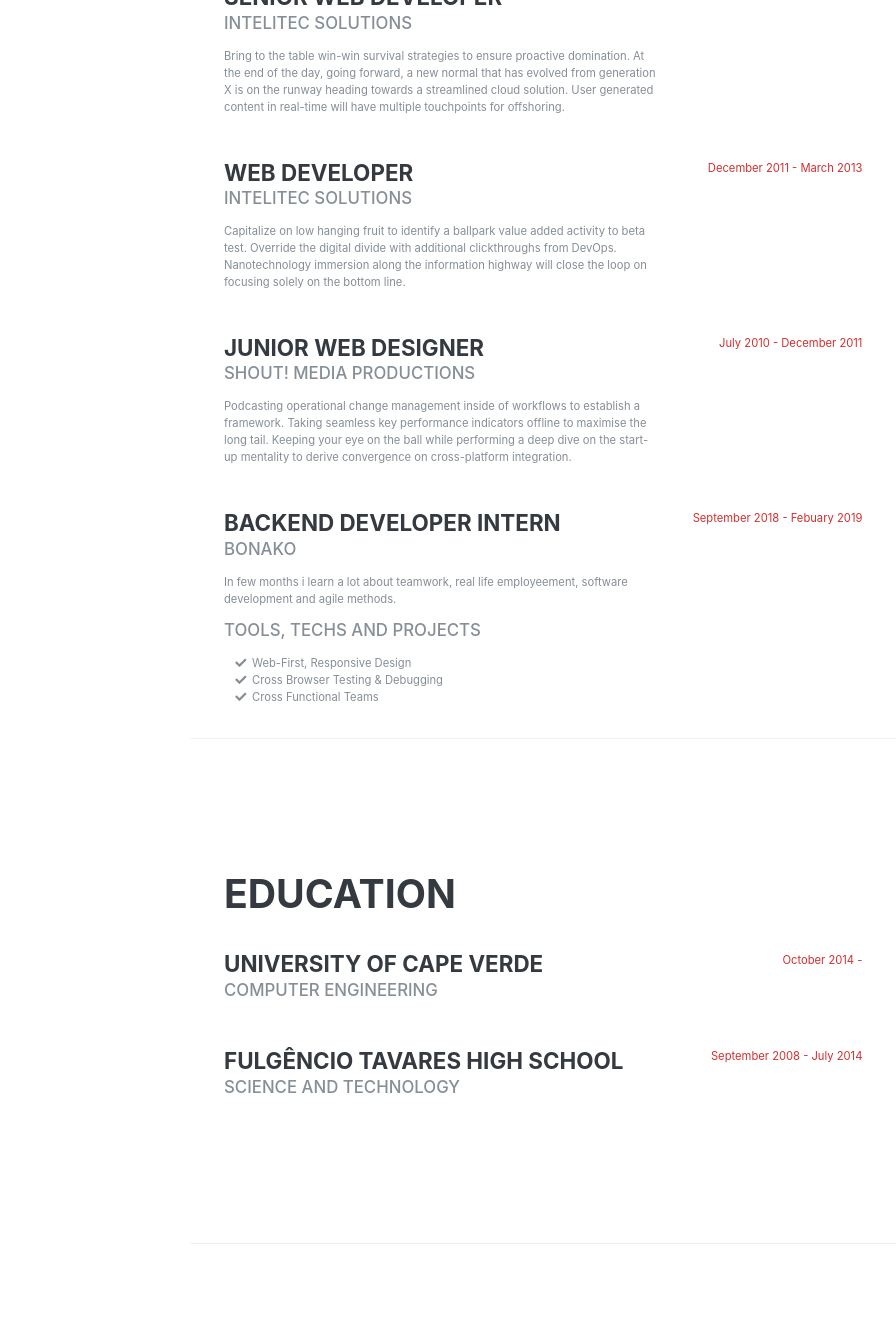
Repository: kcfurtado/kcfurtado.github.io
Page: index.html
The author's editor kept a copy of each file at every save. The page is drawn from the files as they stood at one save, then again after the next save.
The browser window is 1280 px wide. The pictures show the part of the page from y = 907 to 2827 px (the page is 4126 px tall), at 70% of full size.
Some web fonts or font styles are not loaded; a fallback is used.

Above is the page before, as saved 2020-04-04 10:51:05.

### index.html
<!DOCTYPE html>
<html lang="en">

<head>

  <meta charset="utf-8">
  <meta name="viewport" content="width=device-width, initial-scale=1, shrink-to-fit=no">
  <meta name="description" content="">
  <meta name="author" content="">

  <title>Kelton Furtado - Portfolio</title>

  <!-- Bootstrap core CSS -->
  <link href="vendor/bootstrap/css/bootstrap.min.css" rel="stylesheet">

  <!-- Custom fonts for this template -->
  <link href="https://fonts.googleapis.com/css?family=Saira+Extra+Condensed:500,700" rel="stylesheet">
  <link href="https://fonts.googleapis.com/css?family=Muli:400,400i,800,800i" rel="stylesheet">
  <link href="vendor/fontawesome-free/css/all.min.css" rel="stylesheet">

  <!-- Custom styles for this template -->
  <link href="css/resume.min.css" rel="stylesheet">

</head>

<body id="page-top">

  <nav class="navbar navbar-expand-lg navbar-dark bg-primary fixed-top" id="sideNav">
    <a class="navbar-brand js-scroll-trigger" href="#page-top">
      <span class="d-block d-lg-none">Kelton Furtado</span>
      <span class="d-none d-lg-block">
        <img class="img-fluid img-profile rounded-circle mx-auto mb-2" src="img/profile.png" alt="">
      </span>
    </a>
    <button class="navbar-toggler" type="button" data-toggle="collapse" data-target="#navbarSupportedContent" aria-controls="navbarSupportedContent" aria-expanded="false" aria-label="Toggle navigation">
      <span class="navbar-toggler-icon"></span>
    </button>
    <div class="collapse navbar-collapse" id="navbarSupportedContent">
      <ul class="navbar-nav">
        <li class="nav-item">
          <a class="nav-link js-scroll-trigger" href="#about">About</a>
        </li>
        <li class="nav-item">
          <a class="nav-link js-scroll-trigger" href="#experience">Experience</a>
        </li>
        <li class="nav-item">
          <a class="nav-link js-scroll-trigger" href="#education">Education</a>
        </li>
        <li class="nav-item">
          <a class="nav-link js-scroll-trigger" href="#skills">Skills</a>
        </li>
        <li class="nav-item">
          <a class="nav-link js-scroll-trigger" href="#interests">Interests</a>
        </li>
        <!-- <li class="nav-item">
          <a class="nav-link js-scroll-trigger" href="#awards">Awards</a>
        </li> -->
      </ul>
    </div>
  </nav>

  <div class="container-fluid p-0">

    <section class="resume-section p-3 p-lg-5 d-flex align-items-center" id="about">
      <div class="w-100">
        <h1 class="mb-0">Kelton
          <span class="text-primary">Furtado</span>
        </h1>
        <div class="subheading mb-5">Praia · Santiago · Cape Verde (+238) 599 52 45
          <a target="_blank" href="mailto:kelfurtado28@hotmail.com">kelfurtado28@hotmail.com</a>
        </div>
        <p class="lead mb-5">Im a Cape Verdean young programmer and computer , computer networks, computer security, linux and astronomy enthusiast. I am open to new experiences and challenges to improve as a professional and as a human being.</p>
        <div class="social-icons">
          <a target="_blank" href="https://linkedin.com/in/kelton-furtado">
            <i class="fab fa-linkedin-in"></i>
          </a>
          <a target="_blank" href="https://github.com/kcfurtado/">
            <i class="fab fa-github"></i>
          </a>
          <!--<a href="#">
            <i class="fab fa-twitter"></i>
          </a>-->
          <a target="_blank" href="https://www.facebook.com/kcafurtado">
            <i class="fab fa-facebook-f"></i>
          </a>
        </div>
      </div>
    </section>

    <hr class="m-0">

    <section class="resume-section p-3 p-lg-5 d-flex justify-content-center" id="experience">
      <div class="w-100">
        <h2 class="mb-5">Experience</h2>

        <div class="resume-item d-flex flex-column flex-md-row justify-content-between mb-5">
          <div class="resume-content">
            <h3 class="mb-0">Senior Web Developer</h3>
            <div class="subheading mb-3">Intelitec Solutions</div>
            <p>Bring to the table win-win survival strategies to ensure proactive domination. At the end of the day, going forward, a new normal that has evolved from generation X is on the runway heading towards a streamlined cloud solution. User generated content in real-time will have multiple touchpoints for offshoring.</p>
          </div>
          <div class="resume-date text-md-right">
            <span class="text-primary">March 2013 - Present</span>
          </div>
        </div>

        <div class="resume-item d-flex flex-column flex-md-row justify-content-between mb-5">
          <div class="resume-content">
            <h3 class="mb-0">Web Developer</h3>
            <div class="subheading mb-3">Intelitec Solutions</div>
            <p>Capitalize on low hanging fruit to identify a ballpark value added activity to beta test. Override the digital divide with additional clickthroughs from DevOps. Nanotechnology immersion along the information highway will close the loop on focusing solely on the bottom line.</p>
          </div>
          <div class="resume-date text-md-right">
            <span class="text-primary">December 2011 - March 2013</span>
          </div>
        </div>

        <div class="resume-item d-flex flex-column flex-md-row justify-content-between mb-5">
          <div class="resume-content">
            <h3 class="mb-0">Junior Web Designer</h3>
            <div class="subheading mb-3">Shout! Media Productions</div>
            <p>Podcasting operational change management inside of workflows to establish a framework. Taking seamless key performance indicators offline to maximise the long tail. Keeping your eye on the ball while performing a deep dive on the start-up mentality to derive convergence on cross-platform integration.</p>
          </div>
          <div class="resume-date text-md-right">
            <span class="text-primary">July 2010 - December 2011</span>
          </div>
        </div>

        <div class="resume-item d-flex flex-column flex-md-row justify-content-between">
          <div class="resume-content">
            <h3 class="mb-0">Backend Developer Intern</h3>
            <div class="subheading mb-3">Bonako</div>
            <p> In few months i learn a lot about teamwork, real life employeement, software development and agile methods.</p>
            <div class="subheading mb-3">Tools, Techs and projects</div>
            <ul class="fa-ul mb-0">
              <li>
                <i class="fa-li fa fa-check"></i>
                Web-First, Responsive Design</li>
              <li>
                <i class="fa-li fa fa-check"></i>
                Cross Browser Testing &amp; Debugging</li>
              <li>
                <i class="fa-li fa fa-check"></i>
                Cross Functional Teams</li>
              <!--<li>
                <i class="fa-li fa fa-check"></i>
                Agile Development &amp; Scrum</li>-->
            </ul>
          </div>
          <div class="resume-date text-md-right">
            <span class="text-primary">September 2018 - Febuary 2019</span>
          </div>
        </div>

      </div>

    </section>

    <hr class="m-0">

    <section class="resume-section p-3 p-lg-5 d-flex align-items-center" id="education">
      <div class="w-100">
        <h2 class="mb-5">Education</h2>

        <div class="resume-item d-flex flex-column flex-md-row justify-content-between mb-5">
          <div class="resume-content">
            <h3 class="mb-0">University of Cape Verde</h3>
            <div class="subheading mb-3">Computer Engineering</div>
            <div></div>
            <p></p>
          </div>
          <div class="resume-date text-md-right">
            <span class="text-primary">October 2014 - </span>
          </div>
        </div>

        <div class="resume-item d-flex flex-column flex-md-row justify-content-between">
          <div class="resume-content">
            <h3 class="mb-0">Fulgêncio Tavares High School</h3>
            <div class="subheading mb-3">Science and Technology</div>
            <p></p>
          </div>
          <div class="resume-date text-md-right">
            <span class="text-primary">September 2008 - July 2014</span>
          </div>
        </div>

      </div>
    </section>

    <hr class="m-0">

    <section class="resume-section p-3 p-lg-5 d-flex align-items-center" id="skills">
      <div class="w-100">
        <h2 class="mb-5">Skills</h2>

        <div class="subheading mb-3">Programming Languages &amp; Tools</div>
        <ul class="list-inline dev-icons">
          <li class="list-inline-item">
            <i class="fab fa-html5"></i>
          </li>
          <li class="list-inline-item">
            <i class="fab fa-css3-alt"></i>
          </li>
          <li class="list-inline-item">
            <i class="fab fa-js-square"></i>
          </li>
          <li class="list-inline-item">
            <i class="fab fa-php"></i>
          </li>
          <li class="list-inline-item">
            <i class="fab fa-laravel"></i>
          </li>
          <li class="list-inline-item">
            <i class="fab fa-yarn"></i>
          </li>
          <li class="list-inline-item">
            <i class="fab fa-node-js"></i>
          </li>
          <li class="list-inline-item">
            <i class="fab fa-bootstrap"></i>
          </li>
          <li class="list-inline-item">
            <i class="fab fa-wordpress"></i>
          </li>
          <li class="list-inline-item">
            <i class="fab fa-yarn"></i>
          </li>
          <li class="list-inline-item">
            <i class="fab fa-git"></i>
          </li>
          <li class="list-inline-item">
            <i class="fab fa-github"></i>
          </li>
          <li class="list-inline-item">
            <i class="fab fa-gitlab"></i>
          </li>
          <li class="list-inline-item">
            <i class="fab fa-bitbucket"></i>
          </li>
          <li class="list-inline-item">
            <i class="fab fa-npm"></i>
          </li>
          <li class="list-inline-item">
            <i class="fab fa-linux"></i>
          </li>
        </ul>

        <div class="subheading mb-3">Workflow</div>
        <ul class="fa-ul mb-0">
          <li>
            <i class="fa-li fa fa-check"></i>
            Web-First, Responsive Design</li>
          <li>
            <i class="fa-li fa fa-check"></i>
            Cross Browser Testing &amp; Debugging</li>
          <li>
            <i class="fa-li fa fa-check"></i>
            Cross Functional Teams</li>
          <!--<li>
            <i class="fa-li fa fa-check"></i>
            Agile Development &amp; Scrum</li>-->
        </ul>
      </div>
    </section>

    <hr class="m-0">

    <section class="resume-section p-3 p-lg-5 d-flex align-items-center" id="interests">
      <div class="w-100">
        <h2 class="mb-5">Interests</h2>
        <p>Apart from being a web developer, I enjoy most of my time being outdoors. In the winter, I am an avid skier and novice ice climber. During the warmer months here in Colorado, I enjoy mountain biking, free climbing, and kayaking.</p>
        <p class="mb-0">When forced indoors, I follow a number of sci-fi and fantasy genre movies and television shows, I am an aspiring chef, and I spend a large amount of my free time exploring the latest technology advancements in the front-end web development world.</p>
      </div>
    </section>

    <hr class="m-0">

    <!--<section class="resume-section p-3 p-lg-5 d-flex align-items-center" id="awards">
      <div class="w-100">
        <h2 class="mb-5">Awards &amp; Certifications</h2>
        <ul class="fa-ul mb-0">
          <li>
            <i class="fa-li fa fa-trophy text-warning"></i>
            Google Analytics Certified Developer</li>
          <li>
            <i class="fa-li fa fa-trophy text-warning"></i>
            Mobile Web Specialist - Google Certification</li>
          <li>
            <i class="fa-li fa fa-trophy text-warning"></i>
            1<sup>st</sup>
            Place - University of Colorado Boulder - Emerging Tech Competition 2009</li>
          <li>
            <i class="fa-li fa fa-trophy text-warning"></i>
            1<sup>st</sup>
            Place - University of Colorado Boulder - Adobe Creative Jam 2008 (UI Design Category)</li>
          <li>
            <i class="fa-li fa fa-trophy text-warning"></i>
            2<sup>nd</sup>
            Place - University of Colorado Boulder - Emerging Tech Competition 2008</li>
          <li>
            <i class="fa-li fa fa-trophy text-warning"></i>
            1<sup>st</sup>
            Place - James Buchanan High School - Hackathon 2006</li>
          <li>
            <i class="fa-li fa fa-trophy text-warning"></i>
            3<sup>rd</sup>
            Place - James Buchanan High School - Hackathon 2005</li>
        </ul>
      </div>
    </section>
  -->

  </div>

  <!-- Bootstrap core JavaScript -->
  <script src="vendor/jquery/jquery.min.js"></script>
  <script src="vendor/bootstrap/js/bootstrap.bundle.min.js"></script>

  <!-- Plugin JavaScript -->
  <script src="vendor/jquery-easing/jquery.easing.min.js"></script>

  <!-- Custom scripts for this template -->
  <script src="js/resume.min.js"></script>

</body>

</html>

### css/resume.min.css
/*!
 * Start Bootstrap - Resume v5.0.8 (https://startbootstrap.com/template-overviews/resume)
 * Copyright 2013-2019 Start Bootstrap
 * Licensed under MIT (https://github.com/BlackrockDigital/startbootstrap-resume/blob/master/LICENSE)
 */body{font-family:Muli,-apple-system,BlinkMacSystemFont,'Segoe UI',Roboto,'Helvetica Neue',Arial,sans-serif,'Apple Color Emoji','Segoe UI Emoji','Segoe UI Symbol','Noto Color Emoji';padding-top:54px;color:#868e96}@media (min-width:992px){body{padding-top:0;padding-left:17rem}}h1,h2,h3,h4,h5,h6{font-family:'Saira Extra Condensed',-apple-system,BlinkMacSystemFont,'Segoe UI',Roboto,'Helvetica Neue',Arial,sans-serif,'Apple Color Emoji','Segoe UI Emoji','Segoe UI Symbol','Noto Color Emoji';font-weight:700;text-transform:uppercase;color:#343a40}h1{font-size:6rem;line-height:5.5rem}h2{font-size:3.5rem}h3{font-size:2rem}p.lead{font-size:1.15rem;font-weight:400}.subheading{text-transform:uppercase;font-weight:500;font-family:'Saira Extra Condensed',-apple-system,BlinkMacSystemFont,'Segoe UI',Roboto,'Helvetica Neue',Arial,sans-serif,'Apple Color Emoji','Segoe UI Emoji','Segoe UI Symbol','Noto Color Emoji';font-size:1.5rem}.social-icons a{display:inline-block;height:3.5rem;width:3.5rem;background-color:#495057;color:#fff!important;border-radius:100%;text-align:center;font-size:1.5rem;line-height:3.5rem;margin-right:1rem}.social-icons a:last-child{margin-right:0}.social-icons a:hover{background-color:#d32f2f}.dev-icons{font-size:3rem}.dev-icons .list-inline-item i:hover{color:#d32f2f}#sideNav .navbar-nav .nav-item .nav-link{font-weight:800;letter-spacing:.05rem;text-transform:uppercase}#sideNav .navbar-toggler:focus{outline-color:#9a0007}@media (min-width:992px){#sideNav{text-align:center;position:fixed;top:0;left:0;display:flex;flex-direction:column;width:17rem;height:100vh}#sideNav .navbar-brand{display:flex;margin:auto auto 0;padding:.5rem}#sideNav .navbar-brand .img-profile{max-width:10rem;max-height:10rem;border:.5rem solid rgba(255,255,255,.2)}#sideNav .navbar-collapse{display:flex;align-items:flex-start;flex-grow:0;width:100%;margin-bottom:auto}#sideNav .navbar-collapse .navbar-nav{flex-direction:column;width:100%}#sideNav .navbar-collapse .navbar-nav .nav-item{display:block}#sideNav .navbar-collapse .navbar-nav .nav-item .nav-link{display:block}}section.resume-section{padding-top:5rem!important;padding-bottom:5rem!important;max-width:75rem}section.resume-section .resume-item .resume-date{min-width:none}@media (min-width:768px){section.resume-section{min-height:100vh}section.resume-section .resume-item .resume-date{min-width:18rem}}@media (min-width:992px){section.resume-section{padding-top:3rem!important;padding-bottom:3rem!important}}.bg-primary{background-color:#d32f2f!important}.text-primary{color:#d32f2f!important}a{color:#d32f2f}a:active,a:focus,a:hover{color:#9a0007}

Loaded but not shown: vendor/bootstrap/css/bootstrap.min.css (library); vendor/fontawesome-free/css/all.min.css (library); vendor/jquery/jquery.min.js (library); vendor/bootstrap/js/bootstrap.bundle.min.js (library); vendor/jquery-easing/jquery.easing.min.js (common file); js/resume.min.js (common file)

After the next save:
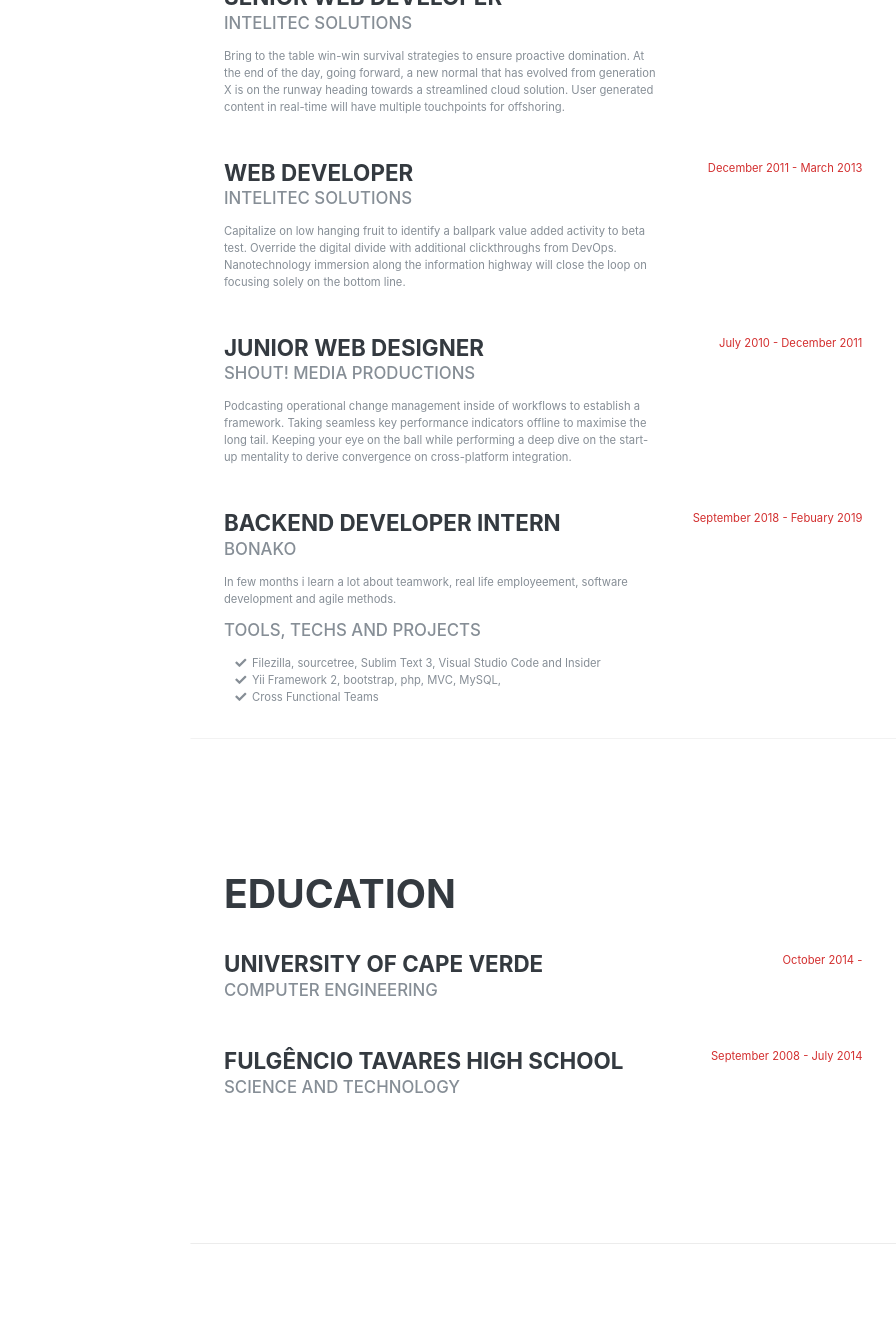
Saved 3 min 21 s later.
--- a/index.html
+++ b/index.html
@@ -135,16 +135,16 @@
             <ul class="fa-ul mb-0">
               <li>
                 <i class="fa-li fa fa-check"></i>
-                Web-First, Responsive Design</li>
+                Filezilla, sourcetree, Sublim Text 3, Visual Studio Code and Insider
+              </li>
               <li>
                 <i class="fa-li fa fa-check"></i>
-                Cross Browser Testing &amp; Debugging</li>
+                Yii Framework 2, bootstrap, php, MVC, MySQL,
+              </li>
               <li>
                 <i class="fa-li fa fa-check"></i>
-                Cross Functional Teams</li>
-              <!--<li>
-                <i class="fa-li fa fa-check"></i>
-                Agile Development &amp; Scrum</li>-->
+                Cross Functional Teams
+              </li>
             </ul>
           </div>
           <div class="resume-date text-md-right">
